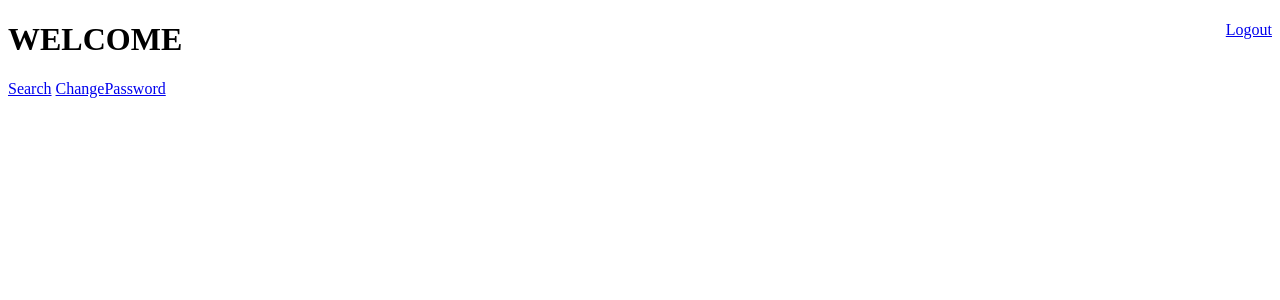
Repository: santhoshkaranth10/TYSS-16sep19-santhoshkaranthkb
Page: http://localhost/empwebapp/home.jsp
The author's editor kept a copy of each file at every save. The page is drawn from the files as they stood at one save, then again after the next save.
The browser window is 1280 px wide. The pictures show the whole page.
The page is served by Tomcat 9. Other server files are loaded and not shown.

Above is the page before, as saved 2019-11-18 11:58:50.

### eclipse-workspace/empwebapp/WebContent/home.jsp
<%@ page language="java" contentType="text/html; charset=ISO-8859-1"
    pageEncoding="ISO-8859-1"%>
    <jsp:useBean id="info" class="com.testyantra.empwebapp.dto.EmployeeInfo" scope="session"/>
<!DOCTYPE html>
<html>
<head>
<meta charset="ISO-8859-1">
<title>Insert title here</title>
</head>
<body>
<a style="float:right;" href='./logout'>Logout</a>
<h1>WELCOME</h1>
<a href='./search.html'>Search</a>
<a href='./passwordchange.html'>ChangePassword</a>

</body>
</html>

### eclipse-workspace/empwebapp/src/com/testyantra/empwebapp/dto/EmployeeInfo.java
package com.testyantra.empwebapp.dto;

import lombok.Data;

@Data
public class EmployeeInfo {


	private int id;
	private String name;
	private String email;
	private String password;

}

After the next save:
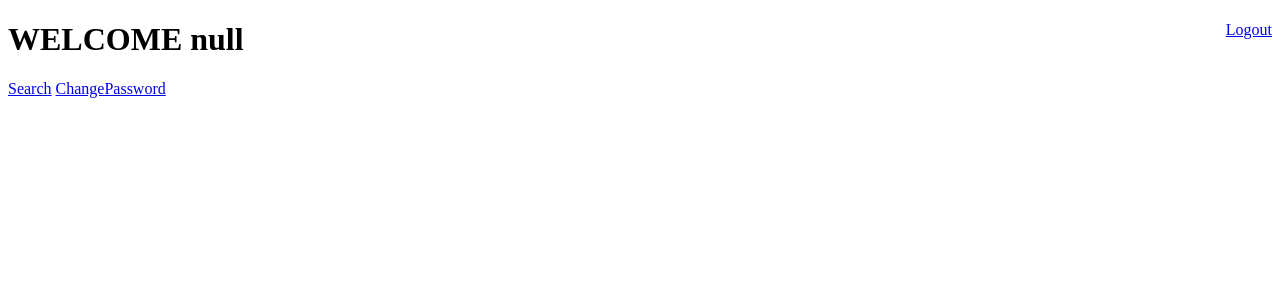
Saved 63 s later.
--- a/eclipse-workspace/empwebapp/WebContent/home.jsp
+++ b/eclipse-workspace/empwebapp/WebContent/home.jsp
@@ -1,6 +1,7 @@
 <%@ page language="java" contentType="text/html; charset=ISO-8859-1"
     pageEncoding="ISO-8859-1"%>
     <jsp:useBean id="info" class="com.testyantra.empwebapp.dto.EmployeeInfo" scope="session"/>
+
 <!DOCTYPE html>
 <html>
 <head>
@@ -9,7 +10,7 @@
 </head>
 <body>
 <a style="float:right;" href='./logout'>Logout</a>
-<h1>WELCOME</h1>
+<h1>WELCOME <%=info.getName()%></h1>
 <a href='./search.html'>Search</a>
 <a href='./passwordchange.html'>ChangePassword</a>
 
